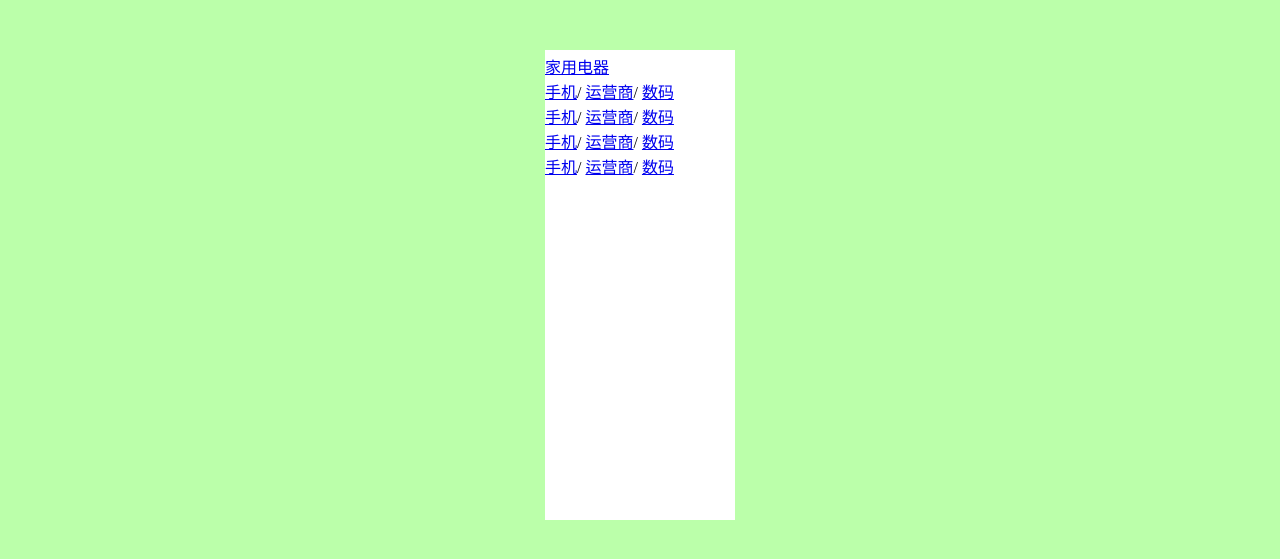
Repository: Romic77/css-test
Page: exercise/02_京东左侧导航条.html
An editor plug-in stored every save of this project. The page is shown before and after the next save, followed by the edit.
The browser window is 1280 px wide. The pictures show the whole page.
The pointer rests on the first visible `.left-nav .item`.

Above is the page before, as saved 2022-09-03 13:50:24.

### exercise/02_京东左侧导航条.html
<!DOCTYPE html>
<html lang="en">

<head>
    <meta charset="UTF-8">
    <meta http-equiv="X-UA-Compatible" content="IE=edge">
    <meta name="viewport" content="width=device-width, initial-scale=1.0">
    <title>Document</title>
    <link rel="stylesheet" href="./css/reset.css">
    <style>
        body {
            background-color: #bfa;
        }

        .left-nav {
            width: 190px;
            height: 450px;
            padding: 10px 0;
            background-color: #fff;
            margin: 50px auto;
        }

        .left-nav .item {
            height: 25px;
        }

        .left-nav .item:hover {
            background-color: ;
        }
    </style>
</head>

<body>
    <!-- nav(div) /div(div)  / ul(li)-->
    <nav class="left-nav">
        <div class="item">
            <a href="#">家用电器</a>
        </div>

        <div class="item">
            <a href="#">手机</a>/
            <a href="#">运营商</a>/
            <a href="#">数码</a>
        </div>

        <div class="item">
            <a href="#">手机</a>/
            <a href="#">运营商</a>/
            <a href="#">数码</a>
        </div>

        <div class="item">
            <a href="#">手机</a>/
            <a href="#">运营商</a>/
            <a href="#">数码</a>
        </div>

        <div class="item">
            <a href="#">手机</a>/
            <a href="#">运营商</a>/
            <a href="#">数码</a>
        </div>
    </nav>
</body>

</html>

Loaded but not shown: exercise/css/reset.css (common file)

After the next save:
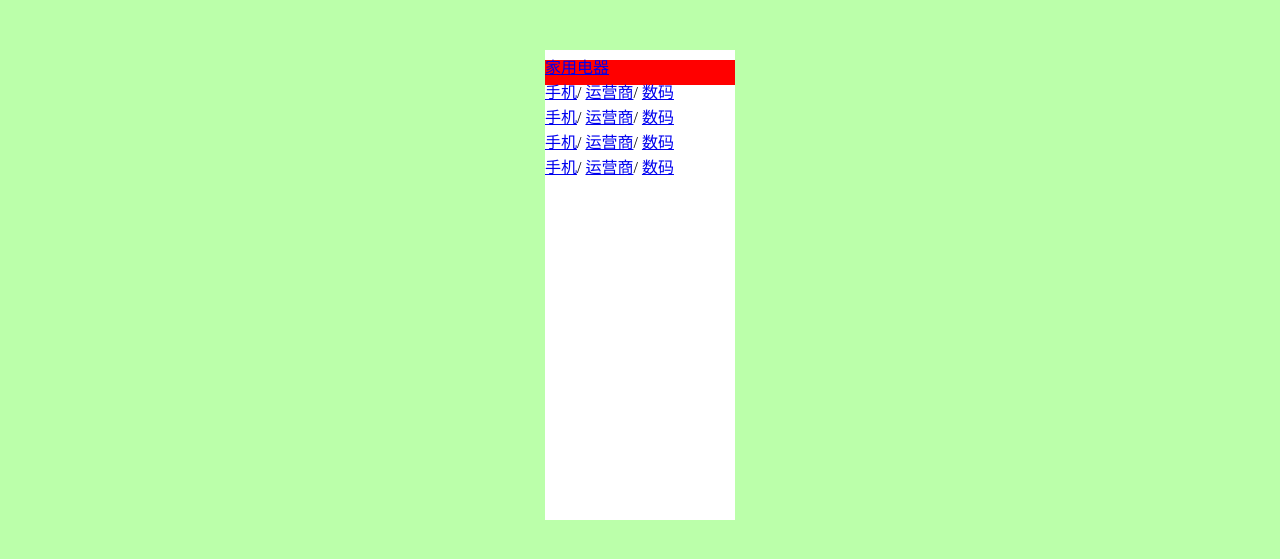
Saved 5 s later.
--- a/exercise/02_京东左侧导航条.html
+++ b/exercise/02_京东左侧导航条.html
@@ -25,7 +25,7 @@
         }
 
         .left-nav .item:hover {
-            background-color: ;
+            background-color: red;
         }
     </style>
 </head>
